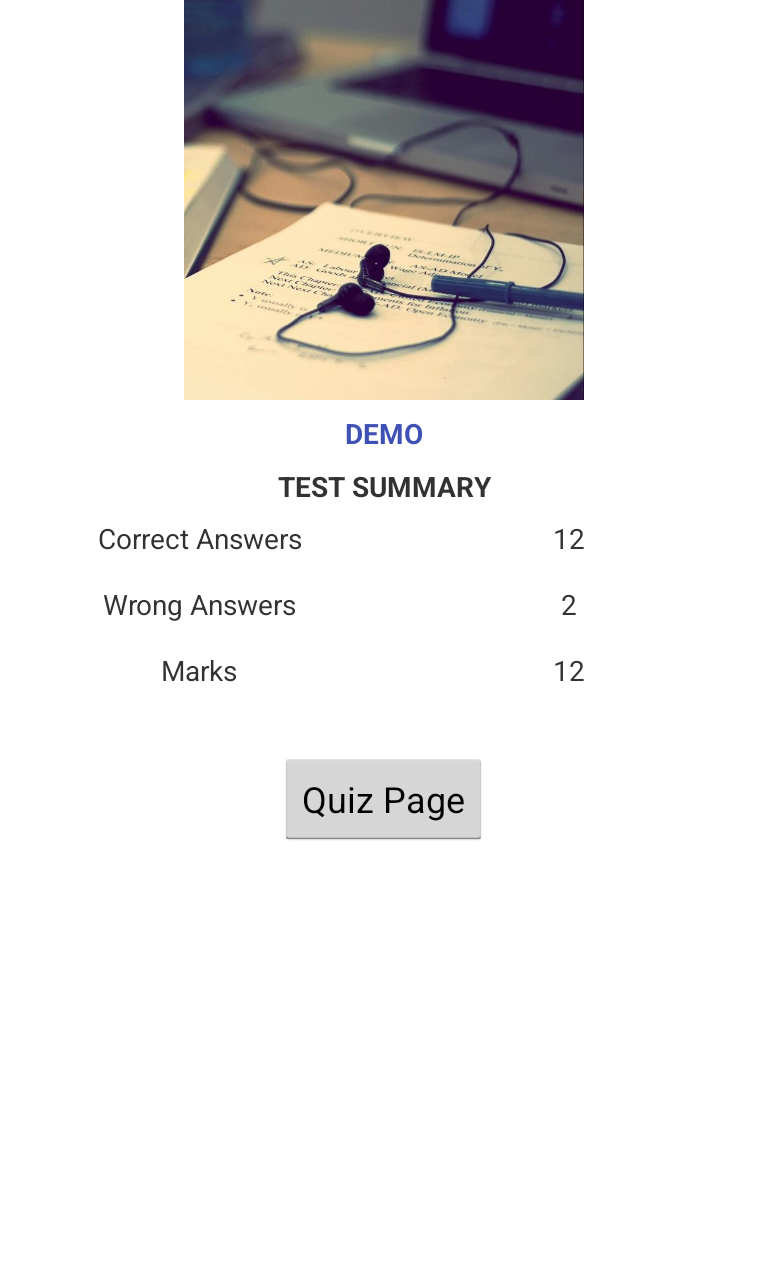
Repository: Harshil737/Career-Launcher
Layout: CareerLauncher/res/layout/item_start_quiz.xml
These files come from the project's save history. The layout is drawn as it stood at one moment and after the next save; the edit follows.
It is drawn on a 768 x 1280 px phone screen (xhdpi) without system bars, with theme AppTheme; the app's code is not run.

Above is the layout before, as saved 2017-11-04 12:32:58.

After the next save:
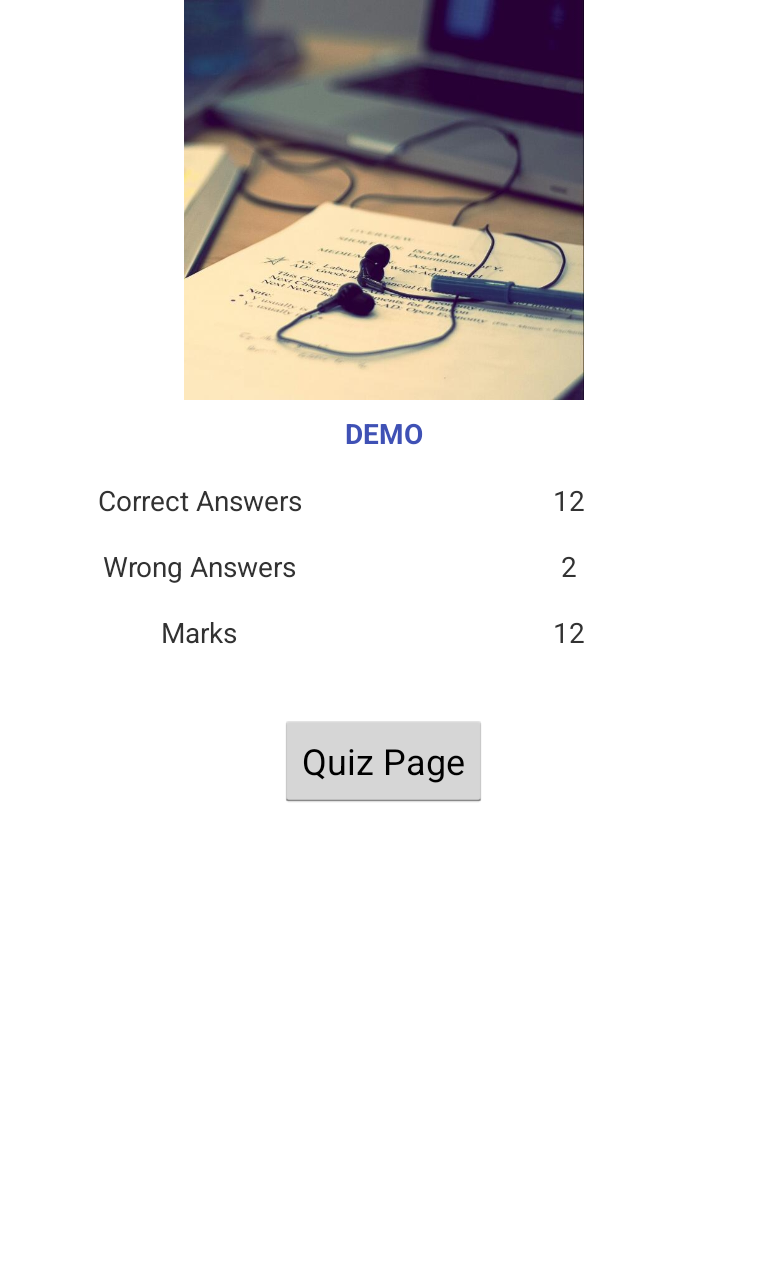
Saved 11 s later.
--- a/CareerLauncher/res/layout/item_start_quiz.xml
+++ b/CareerLauncher/res/layout/item_start_quiz.xml
@@ -28,13 +28,6 @@
         android:layout_centerVertical="true"
         android:gravity="center_vertical"
         android:orientation="vertical" >
-
-        <TextView
-            android:layout_width="match_parent"
-            android:layout_height="wrap_content"
-            android:gravity="center_horizontal"
-            android:text="TEST SUMMARY"
-            android:textStyle="bold" />
 
         <LinearLayout
             android:layout_width="match_parent"
